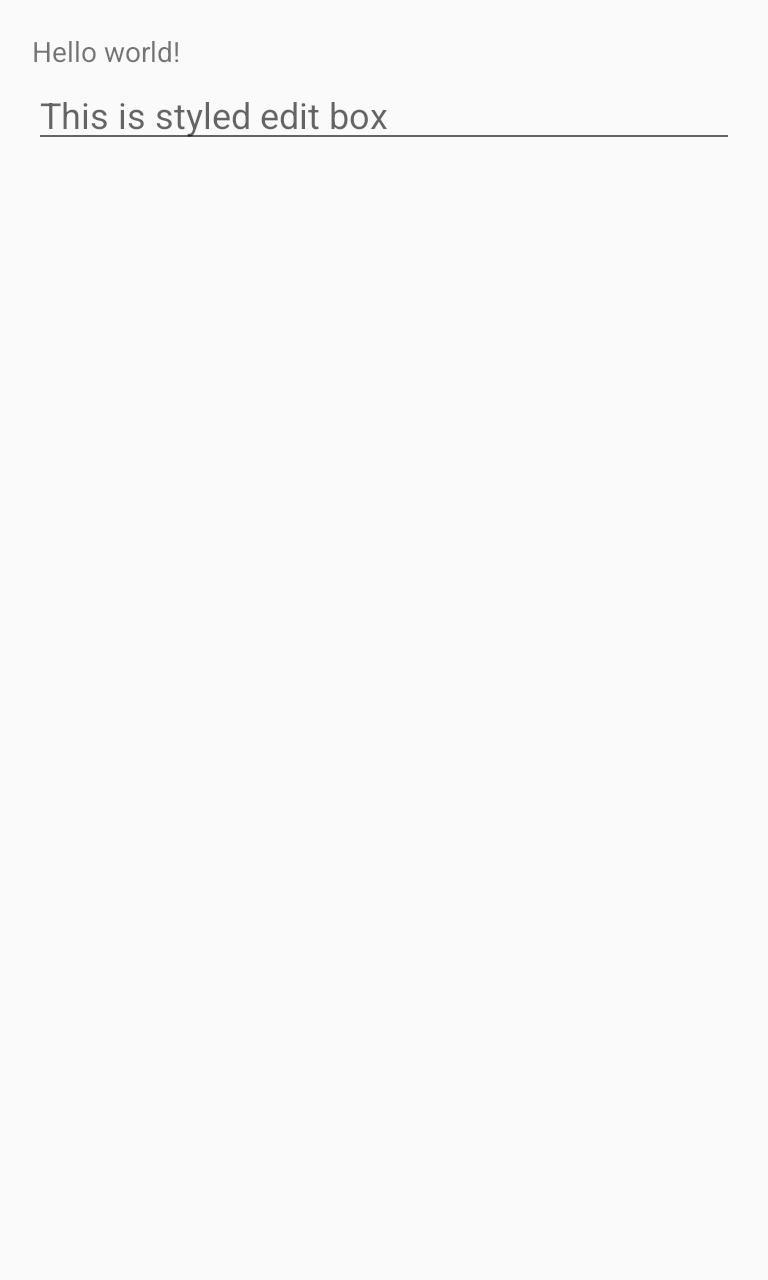
Repository: ishwormali/practices
Layout: Android/ToDoApp/ToDoList/ToDoList/res/layout/fragment_my_styled.xml
These files come from the project's save history. The layout is drawn as it stood at one moment and after the next save; the edit follows.
Pictures or frames that could not be fetched are drawn as grey boxes. It is drawn on a 768 x 1280 px phone screen (xhdpi) without system bars, with theme AppTheme; the app's code is not run.

Above is the layout before, as saved 2014-03-31 05:30:19.

### Android/ToDoApp/ToDoList/ToDoList/res/layout/fragment_my_styled.xml
<RelativeLayout xmlns:android="http://schemas.android.com/apk/res/android"
    xmlns:tools="http://schemas.android.com/tools"
    android:layout_width="match_parent"
    android:layout_height="match_parent"
    android:paddingBottom="@dimen/activity_vertical_margin"
    android:paddingLeft="@dimen/activity_horizontal_margin"
    android:paddingRight="@dimen/activity_horizontal_margin"
    android:paddingTop="@dimen/activity_vertical_margin"
    tools:context="com.practices.todolist.MyStyledActivity$PlaceholderFragment" >

    <TextView android:id="@+id/txtview"
        android:layout_width="wrap_content"
        android:layout_height="wrap_content"
        android:text="@string/hello_world" />

    <EditText
        android:id="@+id/edit_styled"
        style="@style/EditBoxStyle"

        android:hint="This is styled edit box" android:layout_below="@+id/txtview" />

</RelativeLayout>

### Android/ToDoApp/ToDoList/ToDoList/res/values/styles.xml
<resources xmlns:android="http://schemas.android.com/apk/res/android">

    <!--
        Base application theme, dependent on API level. This theme is replaced
        by AppBaseTheme from res/values-vXX/styles.xml on newer devices.
    -->
    <style name="AppBaseTheme" parent="Theme.AppCompat.Light">
        <!--
            Theme customizations available in newer API levels can go in
            res/values-vXX/styles.xml, while customizations related to
            backward-compatibility can go here.
        -->
    </style>

    <!-- Application theme. -->
    <style name="AppTheme" parent="AppBaseTheme">
        <!-- All customizations that are NOT specific to a particular API-level can go here. -->
    </style>

    <style name="EditBoxStyle" >
        <item name="android:layout_width">match_parent</item>
        <item name="android:layout_height">wrap_content</item>

    </style>

</resources>

### Android/ToDoApp/ToDoList/ToDoList/res/values/strings.xml
<?xml version="1.0" encoding="utf-8"?>
<resources>

    <string name="app_name">ToDoList</string>
    <string name="title_activity_to_do_list">ToDoListActivity</string>
    <string name="hello_world">Hello world!</string>
    <string name="action_settings">Settings</string>
    <string name="addItemHint">New TO DO Item</string>
    <string name="addItemContentDescription">New TO DO Item Description</string>
    <string name="title_activity_main">MainActivity</string>
    <string name="action_refresh">Refresh</string>
    <string name="title_activity_second">SecondActivity</string>
    <string name="title_activity_my_drawer">MyDrawerActivity</string>
    <string name="action_update">Update</string>
    <string name="drawer_open">Open Drawer</string>
    <string name="drawer_close">Close Drawer</string>
    <string name="section1">Section 1</string>
    <string name="section2">Section 2</string>
    <string name="section3">Section 3</string>

    <string-array name="operating_systems">
        <item>Android</item>
        <item>iPhone</item>
        <item>Windows Mobile</item>
    </string-array>

    <string name="title_activity_my_navigation_tab">MyNavigationTabActivity</string>
    <string name="title_activity_my_sub_tab">MySubTabActivity</string>
    <string name="title_activity_my_drop_down_navigation">MyDropDownNavigationActivity</string>
    <string name="title_activity_my_context_action_bar">MyContextActionBarActivity</string>
    <string name="title_activity_my_styled">MyStyledActivity</string>

</resources>

Loaded but not shown: Android/ToDoApp/ToDoList/ToDoList/res/values-v11/styles.xml (common file); Android/ToDoApp/ToDoList/ToDoList/res/values-v14/styles.xml (common file); Android/ToDoApp/ToDoList/ToDoList/res/values/dimens.xml (common file); Android/ToDoApp/ToDoList/ToDoList/res/values-w820dp/dimens.xml (common file)

After the next save:
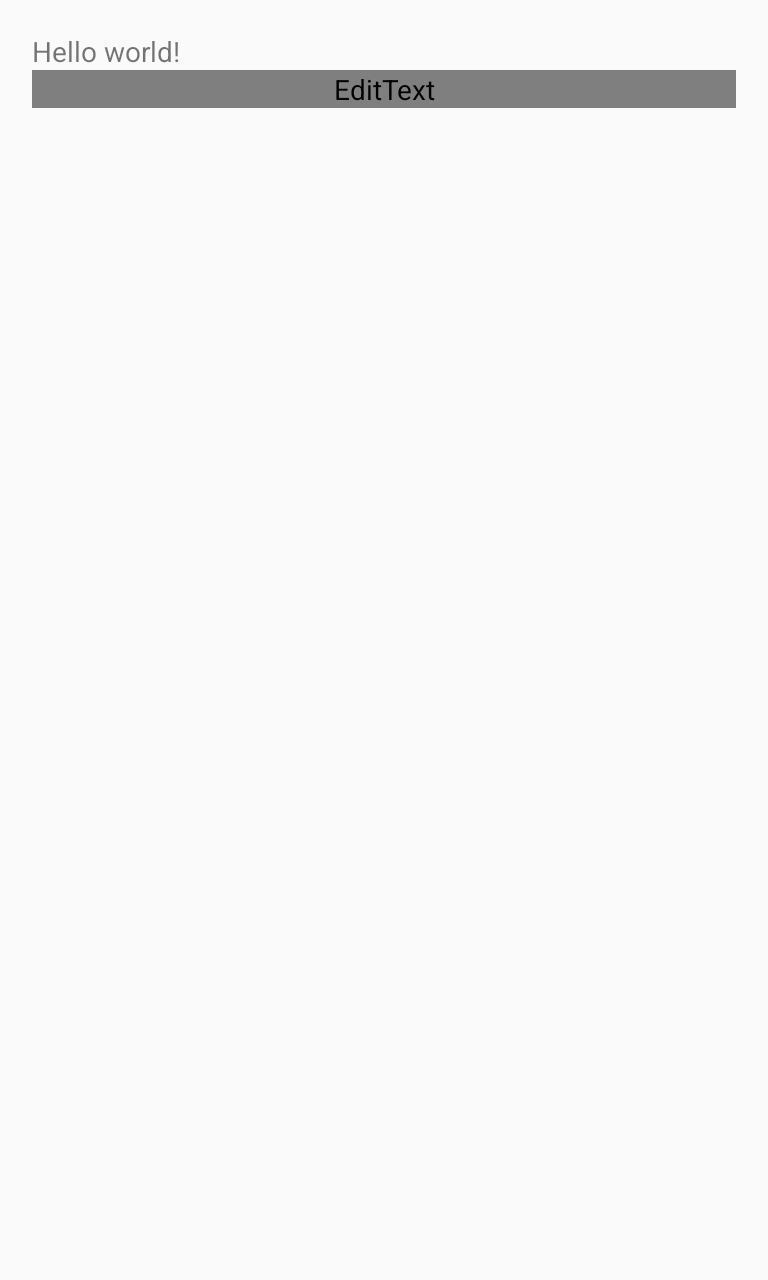
Saved 54 s later.
--- a/Android/ToDoApp/ToDoList/ToDoList/res/layout/fragment_my_styled.xml
+++ b/Android/ToDoApp/ToDoList/ToDoList/res/layout/fragment_my_styled.xml
@@ -16,7 +16,7 @@
     <EditText
         android:id="@+id/edit_styled"
         style="@style/EditBoxStyle"
-
+        android:textColor="blue"
         android:hint="This is styled edit box" android:layout_below="@+id/txtview" />
 
 </RelativeLayout>

After the 4 saves that followed:
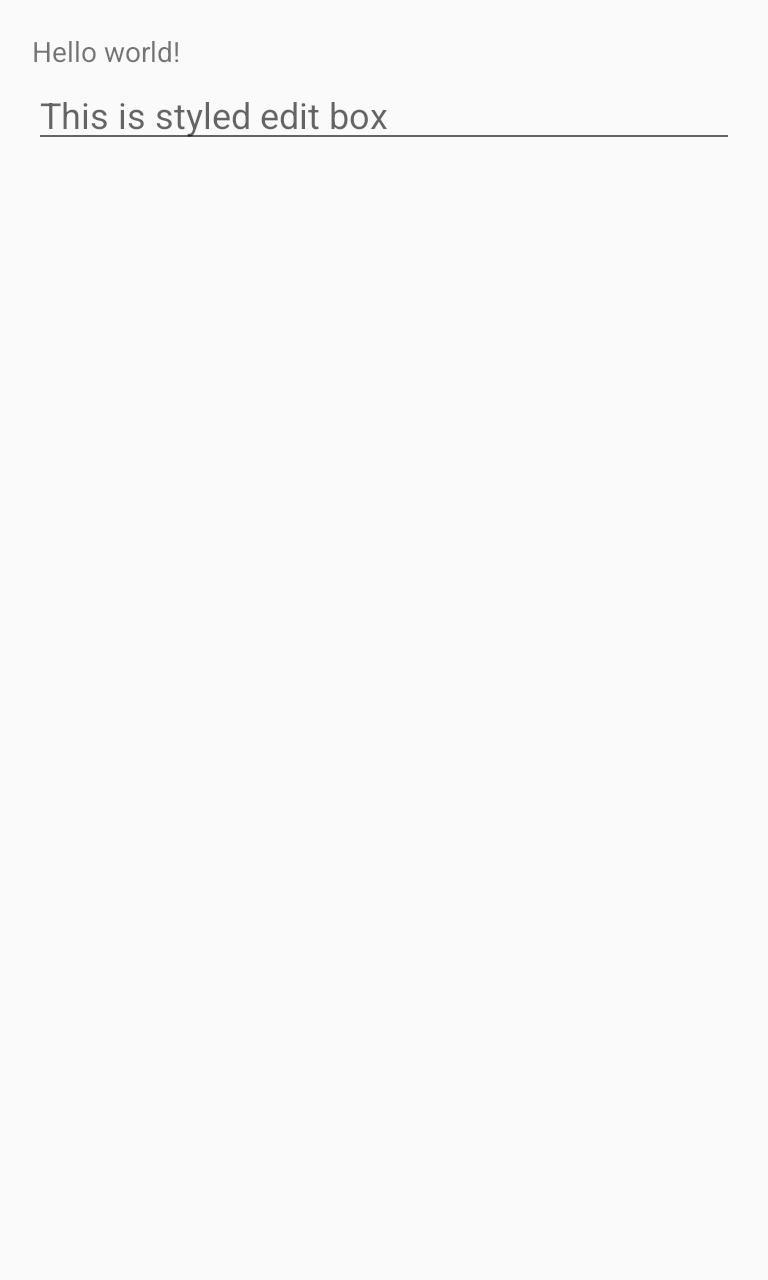
The 4 saves are shown as one change because 1 did not build or start and 2 left the picture as it was.
The last was saved 2 min 55 s later.
--- a/Android/ToDoApp/ToDoList/ToDoList/res/layout/fragment_my_styled.xml
+++ b/Android/ToDoApp/ToDoList/ToDoList/res/layout/fragment_my_styled.xml
@@ -16,7 +16,7 @@
     <EditText
         android:id="@+id/edit_styled"
         style="@style/EditBoxStyle"
-        android:textColor="blue"
+        android:textColor="@android:color/white"
         android:hint="This is styled edit box" android:layout_below="@+id/txtview" />
 
 </RelativeLayout>
